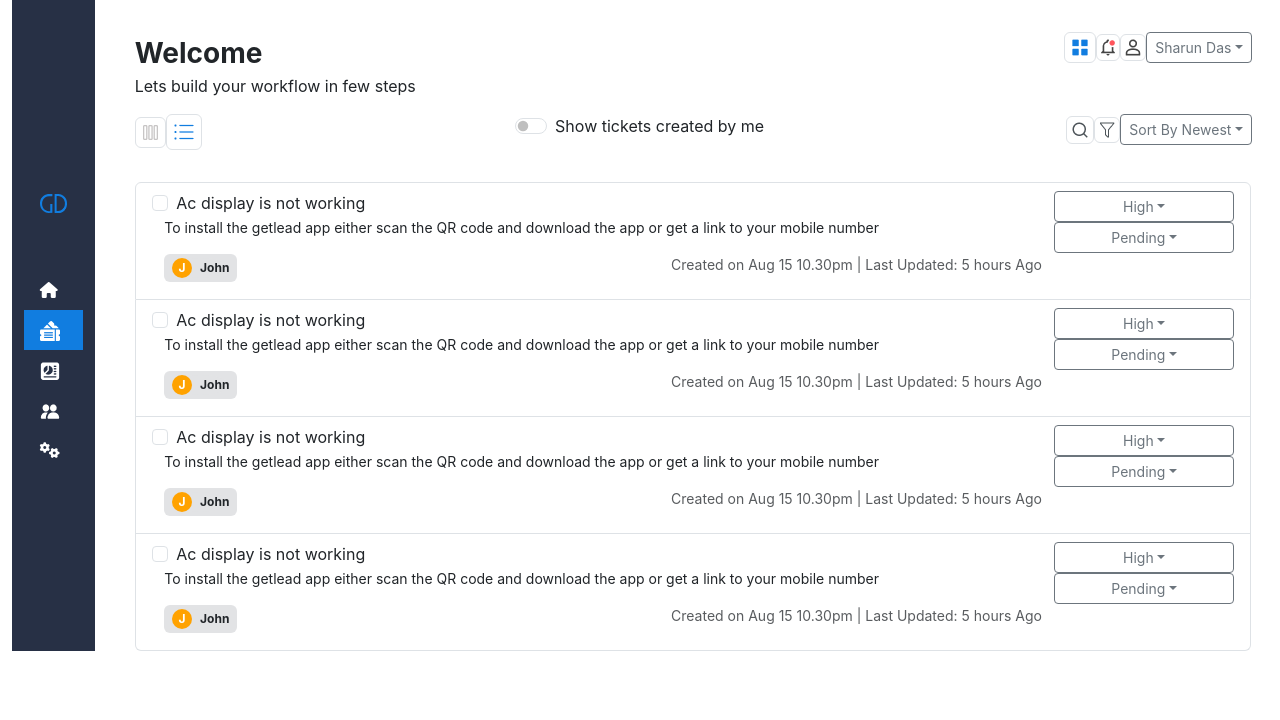
Repository: rishikarajeev/GL_HelpDesk
Page: /showtickets
The author's editor kept a copy of each file at every save. The page is drawn from the files as they stood at one save, then again after the next save.
The browser window is 1280 px wide. The pictures show the whole page.
The project was rebuilt for these pictures with package versions that can differ from the ones it lists, and the page was loaded fresh each time. Also part of the build but not shown: src/App.css, src/Pages/HomePage.jsx.

Above is the page before, as saved 2024-01-09 14:39:32.

### public/index.html
<!DOCTYPE html>
<html lang="en">
  <head>
    <meta charset="utf-8" />
    <link rel="icon" href="%PUBLIC_URL%/favicon.ico" />
    <meta name="viewport" content="width=device-width, initial-scale=1" />
    <meta name="theme-color" content="#000000" />
    <meta
      name="description"
      content="Web site created using create-react-app"
    />
    <link rel="apple-touch-icon" href="%PUBLIC_URL%/logo192.png" />
    <link href="https://cdn.jsdelivr.net/npm/bootstrap@5.3.2/dist/css/bootstrap.min.css" rel="stylesheet" integrity="sha384-T3c6CoIi6uLrA9TneNEoa7RxnatzjcDSCmG1MXxSR1GAsXEV/Dwwykc2MPK8M2HN" crossorigin="anonymous">
   <script src="https://cdn.jsdelivr.net/npm/bootstrap@5.3.2/dist/js/bootstrap.bundle.min.js" integrity="sha384-C6RzsynM9kWDrMNeT87bh95OGNyZPhcTNXj1NW7RuBCsyN/o0jlpcV8Qyq46cDfL" crossorigin="anonymous"></script>

   <!--
      manifest.json provides metadata used when your web app is installed on a
      user's mobile device or desktop. See https://developers.google.com/web/fundamentals/web-app-manifest/
    -->
    <link rel="manifest" href="%PUBLIC_URL%/manifest.json" />
    <!--
      Notice the use of %PUBLIC_URL% in the tags above.
      It will be replaced with the URL of the `public` folder during the build.
      Only files inside the `public` folder can be referenced from the HTML.

      Unlike "/favicon.ico" or "favicon.ico", "%PUBLIC_URL%/favicon.ico" will
      work correctly both with client-side routing and a non-root public URL.
      Learn how to configure a non-root public URL by running `npm run build`.
    -->
    <title>React App</title>
  </head>
  <body>
    <noscript>You need to enable JavaScript to run this app.</noscript>
    <div id="root"></div>
    <!--
      This HTML file is a template.
      If you open it directly in the browser, you will see an empty page.

      You can add webfonts, meta tags, or analytics to this file.
      The build step will place the bundled scripts into the <body> tag.

      To begin the development, run `npm start` or `yarn start`.
      To create a production bundle, use `npm run build` or `yarn build`.
    -->
  </body>
</html>

### src/index.js
import React from "react";
import ReactDOM from "react-dom/client";
import "./index.css";
import App from "./App";
import reportWebVitals from "./reportWebVitals";


const root = ReactDOM.createRoot(document.getElementById("root"));
root.render(<App />);

// If you want to start measuring performance in your app, pass a function
// to log results (for example: reportWebVitals(console.log))
// or send to an analytics endpoint. Learn more: https://bit.ly/CRA-vitals
reportWebVitals();

### src/App.js
import logo from "./logo.svg";
import "./App.css";

import { BrowserRouter,Route,Routes } from "react-router-dom";
import ViewTickets from "./Pages/ViewTickets";
import HomePage from "./Pages/HomePage";
import SideBar from "./Components/SideBar";
import { Container, Row, Col } from "react-bootstrap";
import Header from "./Components/Header";


function App() {
  return (
    <BrowserRouter>
<Container fluid>
     <Row>
          <Col xl={1} >
            <SideBar />
            </Col>
            <Col xl={11}>
            <Header/>
            <Routes>
              <Route path="/" element={<HomePage />}></Route>
              <Route path="/showtickets" element={<ViewTickets />}></Route>
            </Routes>
            </Col>



         </Row>
       </Container>


    </BrowserRouter>
  );
}

export default App;

### src/Pages/ViewTickets.jsx
import React from "react";

import "../Assets/Css/Styles.css";
import UserBadge from "../Components/UserBadge";
import Header from "../Components/Header";

function ViewTickets() {
  const userName = "John";

  return (

    <div className="container bg-white ">

    <ol className="list-group">
      <li className="list-group-item d-flex justify-content-between align-items-start">
        <div className="container">
          <div className="row">
            <div className="col-10">
              <div className="row">
                <div className="form-check">
                  <input
                    className="form-check-input"
                    type="checkbox"
                    value=""
                    id="flexCheckDefault"
                  />
                  <label className="form-check-label" htmlFor="flexCheckDefault">
                    Ac display is not working
                  </label>
                </div>
              </div>
              <div className="row">
                <p className="small text-wrap">
                  To install the getlead app either scan the QR code and
                  download the app or get a link to your mobile number
                </p>
              </div>
              <div className="row">
                <div className="col-5">
                  <UserBadge name={userName} />
                </div>
                <div className="col-7 text-end">
                  <p className="text-muted small">
                    Created on Aug 15 10.30pm | Last Updated: 5 hours Ago
                  </p>
                </div>
              </div>
            </div>
            <div className="col-2">
              <div className="row">
                <button
                  className="btn btn-outline-secondary btn-sm dropdown-toggle"
                  type="button"
                  data-bs-toggle="dropdown"
                  aria-expanded="false"
                >
                  High
                </button>

                <button
                  className="btn btn-outline-secondary btn-sm dropdown-toggle"
                  type="button"
                  data-bs-toggle="dropdown"
                  aria-expanded="false"
                >
                  Pending
                </button>
              </div>
            </div>
          </div>
        </div>
      </li>
      <li className="list-group-item d-flex justify-content-between align-items-start">
        <div className="container">
          <div className="row">
            <div className="col-10">
              <div className="row">
                <div className="form-check">
                  <input
                    className="form-check-input"
                    type="checkbox"
                    value=""
                    id="flexCheckDefault"
                  />
                  <label className="form-check-label" htmlFor="flexCheckDefault">
                    Ac display is not working
                  </label>
                </div>
              </div>
              <div className="row">
                <p className="small text-wrap">
                  To install the getlead app either scan the QR code and
                  download the app or get a link to your mobile number
                </p>
              </div>
              <div className="row">
                <div className="col-5">
                  <UserBadge name={userName} />
                </div>
                <div className="col-7 text-end">
                  <p className="text-muted small">
                    Created on Aug 15 10.30pm | Last Updated: 5 hours Ago
                  </p>
                </div>
              </div>
            </div>
            <div className="col-2">
              <div className="row">
                <button
                  className="btn btn-outline-secondary btn-sm dropdown-toggle"
                  type="button"
                  data-bs-toggle="dropdown"
                  aria-expanded="false"
                >
                  High
                </button>

                <button
                  className="btn btn-outline-secondary btn-sm dropdown-toggle"
                  type="button"
                  data-bs-toggle="dropdown"
                  aria-expanded="false"
                >
                  Pending
                </button>
              </div>
            </div>
          </div>
        </div>
      </li>
      <li className="list-group-item d-flex justify-content-between align-items-start">
        <div className="container">
          <div className="row">
            <div className="col-10">
              <div className="row">
                <div className="form-check">
                  <input
                    className="form-check-input"
                    type="checkbox"
                    value=""
                    id="flexCheckDefault"
                  />
                  <label className="form-check-label" htmlFor="flexCheckDefault">
                    Ac display is not working
                  </label>
                </div>
              </div>
              <div className="row">
                <p className="small text-wrap">
                  To install the getlead app either scan the QR code and
                  download the app or get a link to your mobile number
                </p>
              </div>
              <div className="row">
                <div className="col-5">
                  <UserBadge name={userName} />
                </div>
                <div className="col-7 text-end">
                  <p className="text-muted small">
                    Created on Aug 15 10.30pm | Last Updated: 5 hours Ago
                  </p>
                </div>
              </div>
            </div>
            <div className="col-2">
              <div className="row">
                <button
                  className="btn btn-outline-secondary btn-sm dropdown-toggle"
                  type="button"
                  data-bs-toggle="dropdown"
                  aria-expanded="false"
                >
                  High
                </button>

                <button
                  className="btn btn-outline-secondary btn-sm dropdown-toggle"
                  type="button"
                  data-bs-toggle="dropdown"
                  aria-expanded="false"
                >
                  Pending
                </button>
              </div>
            </div>
          </div>
        </div>
      </li>
      <li className="list-group-item d-flex justify-content-between align-items-start">
        <div className="container">
          <div className="row">
            <div className="col-10">
              <div className="row">
                <div className="form-check">
                  <input
                    className="form-check-input"
                    type="checkbox"
                    value=""
                    id="flexCheckDefault"
                  />
                  <label className="form-check-label" htmlFor="flexCheckDefault">
                    Ac display is not working
                  </label>
                </div>
              </div>
              <div className="row">
                <p className="small text-wrap">
                  To install the getlead app either scan the QR code and
                  download the app or get a link to your mobile number
                </p>
              </div>
              <div className="row">
                <div className="col-5">
                  <UserBadge name={userName} />
                </div>
                <div className="col-7 text-end">
                  <p className="text-muted small">
                    Created on Aug 15 10.30pm | Last Updated: 5 hours Ago
                  </p>
                </div>
              </div>
            </div>
            <div className="col-2">
              <div className="row">
                <button
                  className="btn btn-outline-secondary btn-sm dropdown-toggle"
                  type="button"
                  data-bs-toggle="dropdown"
                  aria-expanded="false"
                >
                  High
                </button>

                <button
                  className="btn btn-outline-secondary btn-sm dropdown-toggle"
                  type="button"
                  data-bs-toggle="dropdown"
                  aria-expanded="false"
                >
                  Pending
                </button>
              </div>
            </div>
          </div>
        </div>
      </li>
    </ol>
  </div>

  );
}

export default ViewTickets;

### src/Components/SideBar.jsx
import React from "react";

import "@fortawesome/fontawesome-free/css/all.min.css";
import ticketIcon from "../Assets//Images/Layer_1.png";
import logo from "../Assets//Images/logo.png";
import profile from "../Assets//Images/profile_icon.png";
import filemanagr from "../Assets//Images/Frame.png";
import "../Assets/Css/Styles.css";

function SideBar() {
  return (
    <nav class="navbar navbar-expand-lg navbar-dark sideBg  d-flex flex-column h-100 ">
      <button
        class="navbar-toggler"
        type="button"
        data-toggle="collapse"
        data-target="#sidebar"
        aria-controls="sidebar"
        aria-expanded="false"
        aria-label="Toggle navigation"
      >
        <span class="navbar-toggler-icon"></span>
      </button>

      <div class="collapse navbar-collapse" id="sidebar">

        <ul class="nav  flex-column " >
        <li class="nav-item mb-5 ">
            <a class="nav-link active" href="/">
            <img src={logo} alt="Home Icon" className="icon" />
            </a>
          </li>
          <li class="nav-item">
            <a class="nav-link active text-white" href="/">
              <i class="fas fa-home"></i>
            </a>
          </li>
          <li class="nav-item  selectedColor">
            <a className="nav-link active" href="/showtickets">
              <img src={ticketIcon} alt="Home Icon" className="icon" />
            </a>
          </li>
          <li class="nav-item  ">
            <a className="nav-link active" href="#">
              <img src={filemanagr} alt="Home Icon" className="icon" />
            </a>
          </li>
          <li class="nav-item  ">
            <a className="nav-link active" href="#">
              <img src={profile} alt="Home Icon" className="icon" />
            </a>
          </li>
          <li class="nav-item ">
            <a class="nav-link text-white" href="#">
              <i class="fas fa-cogs"></i>
            </a>
          </li>

        </ul>
      </div>
    </nav>
  );
}

export default SideBar;

### src/Components/Header.jsx
import React from "react";
import column_icon from "../Assets/Images/fluent_column-triple-20-regular.png";
import list_icon from "../Assets/Images/ph_list-bullets-light.png";
import search_icon from "../Assets/Images/ri_search-line.png";
import menu_icon from "../Assets/Images/ep_menu.png";
import filter_icon from "../Assets/Images/cil_filter.png";
import notificatn_icon from "../Assets/Images/Group 10.png";
import user_icon from "../Assets/Images/ooui_user-avatar-outline.png";
import { Container, Row, Col, Navbar, Nav } from "react-bootstrap";

function Header() {
  return (
    <Container fluid className="p-3">
      <Row className=" justify-content-end mt-3 mb-3" >
        <Col sm={8}>
          <Row>
            <a class="navbar-brand fs-3 fw-bolder" href="#">
              Welcome{" "}
            </a>
          </Row>
          <Row>
            <span>Lets build your workflow in few steps</span>
          </Row>
        </Col>

        <Col sm={4}  className="text-end">
          <img src={menu_icon} alt="Local Icon" className="img-thumbnail" />
          <img
            src={notificatn_icon}
            alt="Local Icon"
            className="img-thumbnail"
          />
          <img src={user_icon} alt="Local Icon" className="img-thumbnail" />
          <button
            class="btn btn-outline-secondary btn-sm dropdown-toggle "
            type="button"
            data-bs-toggle="dropdown"
            aria-expanded="false"
          >
            Sharun Das
          </button>
        </Col>
      </Row>

      <Row className=" mt-3 mb-3">
        <Col>
          <img src={column_icon} alt="Local Icon" className="img-thumbnail" />

          <img src={list_icon} className="img-thumbnail" />
        </Col>
        <Col>
          <div class="form-check form-switch">
            <label class="form-check-label" for="flexSwitchCheckDefault">
              Show tickets created by me
            </label>

            <input
              class="form-check-input"
              type="checkbox"
              role="switch"
              id="flexSwitchCheckDefault"
            />
          </div>
        </Col>
        <Col className="text-end">
          <img src={search_icon} alt="Local Icon" className="img-thumbnail" />
          <img src={filter_icon} alt="Local Icon" className="img-thumbnail" />
          <button
            class="btn btn-outline-secondary btn-sm dropdown-toggle "
            type="button"
            data-bs-toggle="dropdown"
            aria-expanded="false"
          >
            Sort By Newest
          </button>
        </Col>
      </Row>
    </Container>
  );
}

export default Header;

### src/Assets/Css/Styles.css
.sideBg{
    background-color:  #273045;
    padding: 3;
}
.selectedColor{
    background-color:  #117DE0;

}
.bgColor{
    background-color:  #EFEFEF;

}


  .circle-icon {
    width: 20px;
    height: 20px;
    border-radius: 50%;
    background-color: #ffa200; /* Choose your desired background color */
    display: flex;
    align-items: center;
    justify-content: center;
    color: #fff; /* Choose your desired text color */
  }
  .close-icon {
    position: absolute;
    color:black;
    top: 50%;
    left: 50%;
    transform: translate(-50%, -50%);
  }

### src/Components/UserBadge.jsx
// UserBadge.js
import React from 'react';
import { Badge } from 'react-bootstrap';
import "../Assets/Css/Styles.css"



const UserBadge = ({ name }) => {
  const initials = name
    .split(' ')
    .map((word) => word[0])
    .join('');

  return (
    <div>
      <Badge bg="secondary-subtle ">
      <div className="rounded-circle bg-secondary-subtle text-dark d-flex align-items-center justify-content-center">

        <div className="circle-icon"> <span >{initials} </span> </div>
        <span className="ms-2">{name} </span>


        </div>
      </Badge>


    </div>
  );
};

export default UserBadge;

Loaded but not shown: src/index.css (common file); src/reportWebVitals.js (common file)

After the next save:
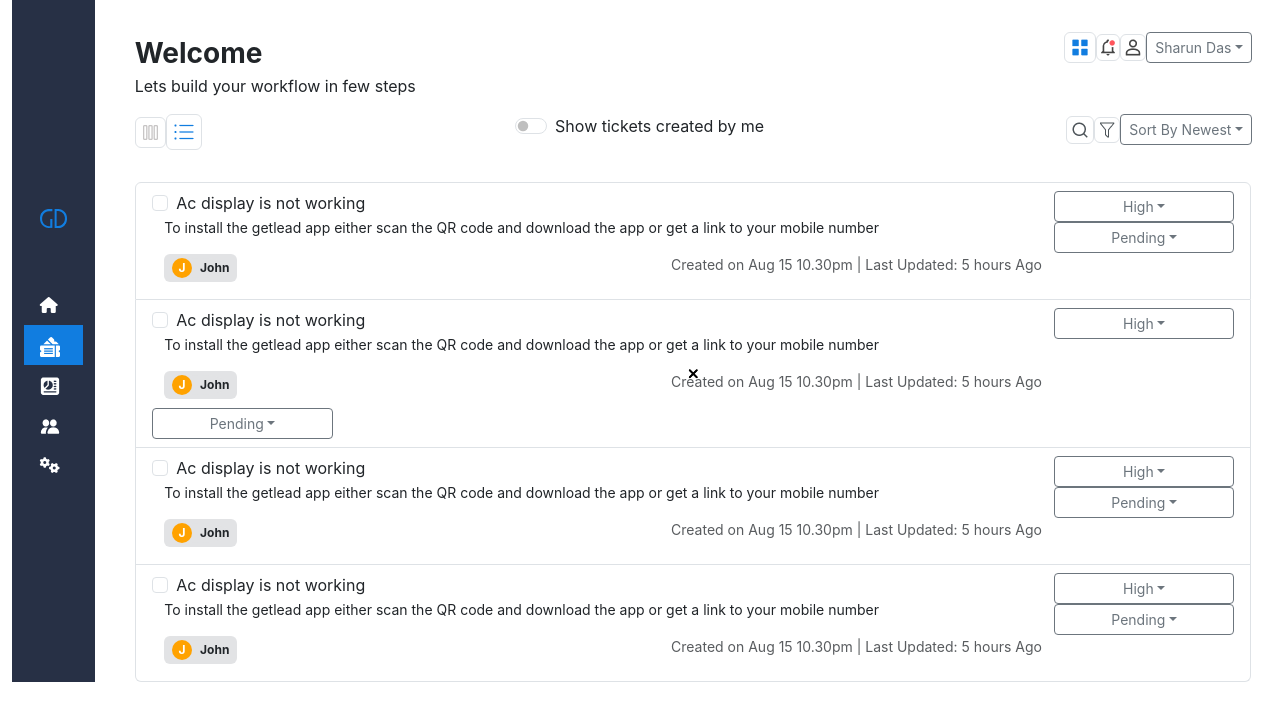
Saved 38 s later.
--- a/src/Pages/ViewTickets.jsx
+++ b/src/Pages/ViewTickets.jsx
@@ -104,27 +104,34 @@ function ViewTickets() {
                 </div>
               </div>
             </div>
-            <div className="col-2">
-              <div className="row">
-                <button
-                  className="btn btn-outline-secondary btn-sm dropdown-toggle"
-                  type="button"
-                  data-bs-toggle="dropdown"
-                  aria-expanded="false"
-                >
-                  High
-                </button>
-
-                <button
-                  className="btn btn-outline-secondary btn-sm dropdown-toggle"
-                  type="button"
-                  data-bs-toggle="dropdown"
-                  aria-expanded="false"
-                >
-                  Pending
-                </button>
-              </div>
-            </div>
+            <div className="col-12 col-sm-6 col-md-4 col-lg-3 col-xl-2">
+  <div className="row">
+    <button
+      className="btn btn-outline-secondary btn-sm dropdown-toggle"
+      type="button"
+      data-bs-toggle="dropdown"
+      aria-expanded="false"
+    >
+      High
+      <i className="fas fa-times close-icon"></i>
+    </button>
+  </div>
+</div>
+
+<div className="col-12 col-sm-6 col-md-4 col-lg-3 col-xl-2">
+  <div className="row">
+    <button
+      className="btn btn-outline-secondary btn-sm dropdown-toggle"
+      type="button"
+      data-bs-toggle="dropdown"
+      aria-expanded="false"
+    >
+      Pending
+      <i className="fas fa-times close-icon"></i>
+    </button>
+  </div>
+</div>
+
           </div>
         </div>
       </li>
